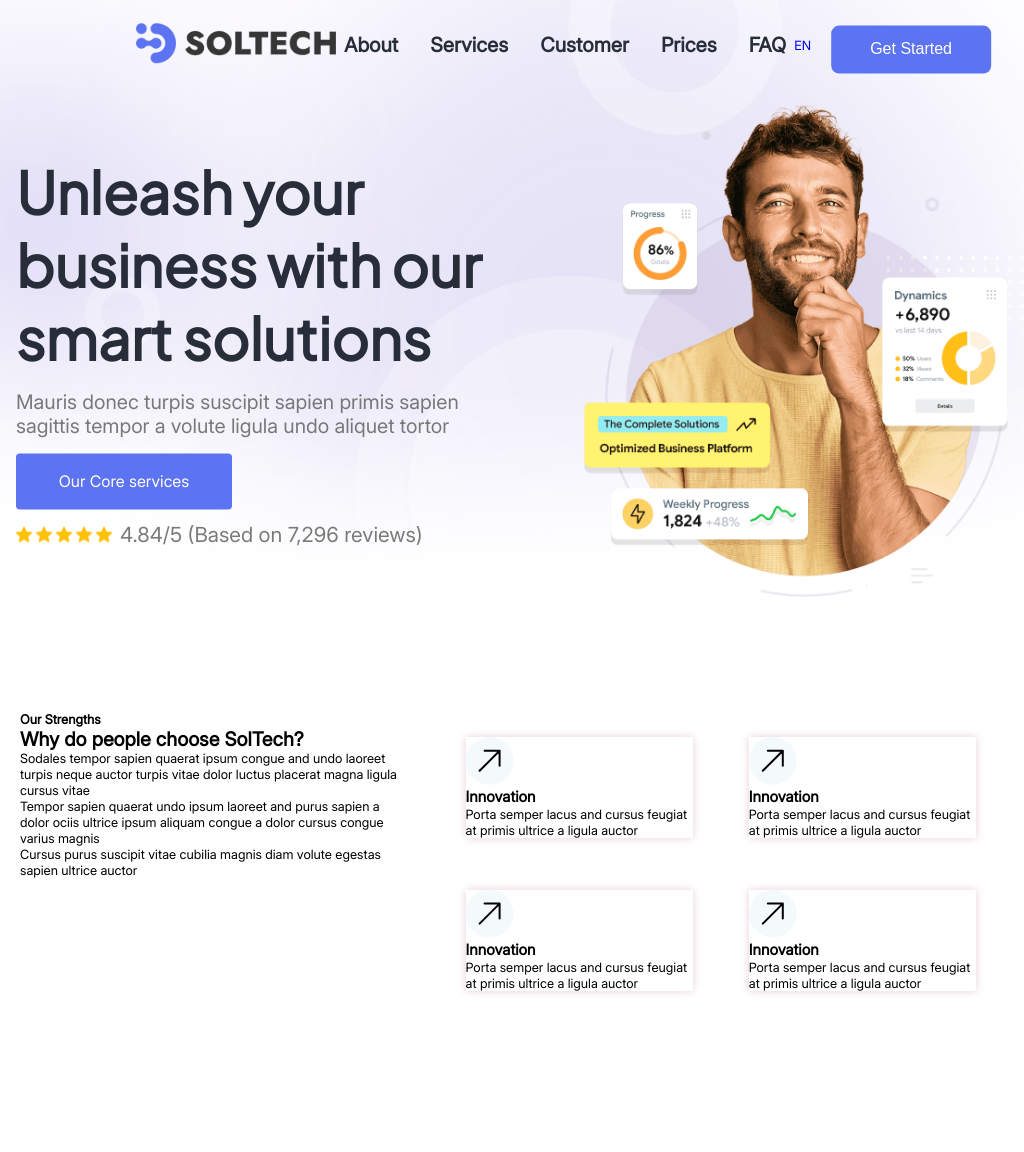
Repository: md-rabbi-hossain/Soltech-html
Page: index.html
An editor plug-in stored every save of this project. The page is shown before and after the next save, followed by the edit.
The browser window is 1280 px wide. The pictures show the whole page, at 80% of full size.

Above is the page before, as saved 2025-01-10 02:09:46.

After the next save:
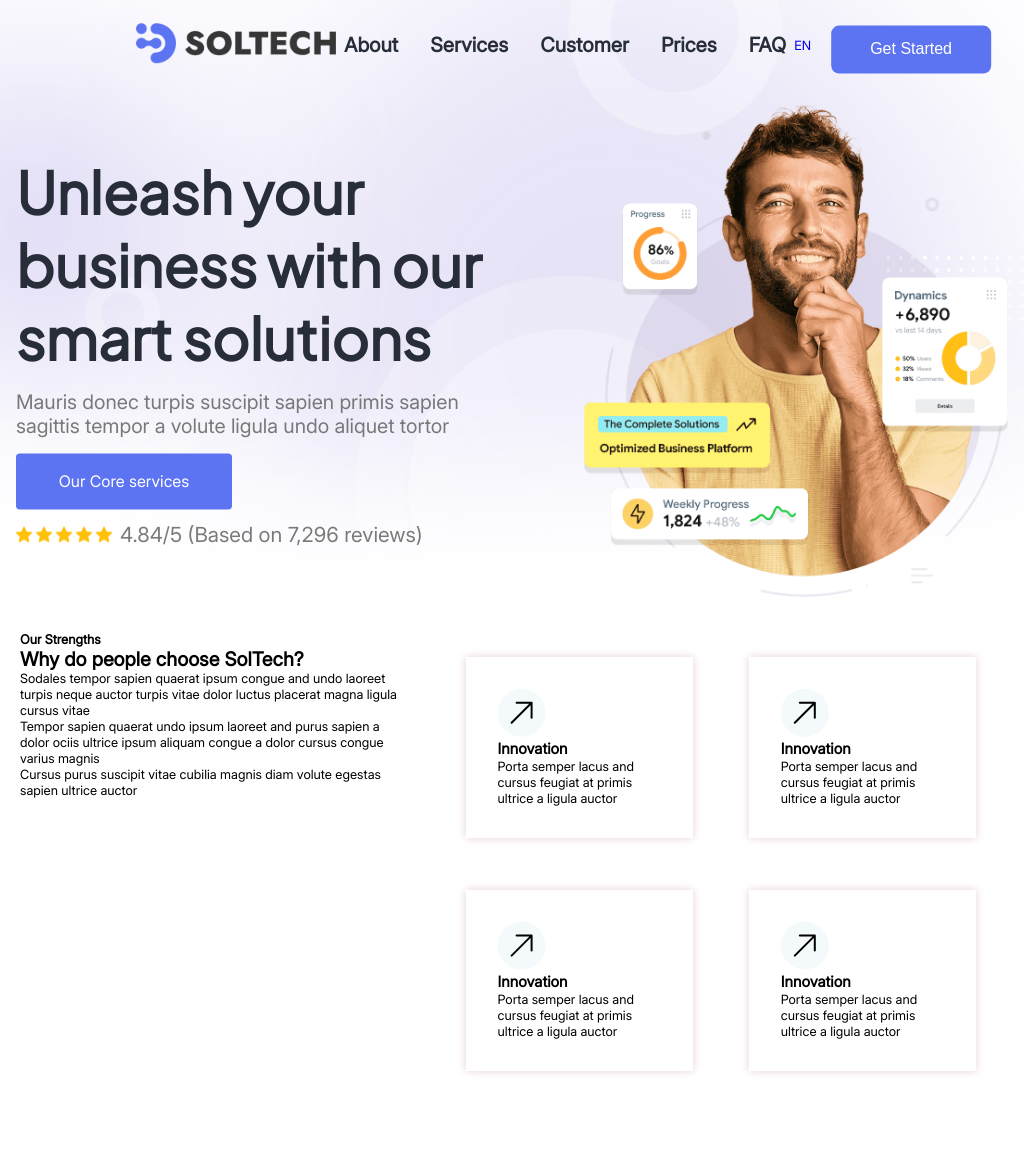
Saved 34 s later.
--- a/Css/style.css
+++ b/Css/style.css
@@ -242,6 +242,7 @@ section.main-container.cta-section {
 }
 .box-inner {
   box-shadow: 0 0 10px #99334d3b;
+  padding: 40px;
 }
 .box-inner svg {
   width: 60px;
